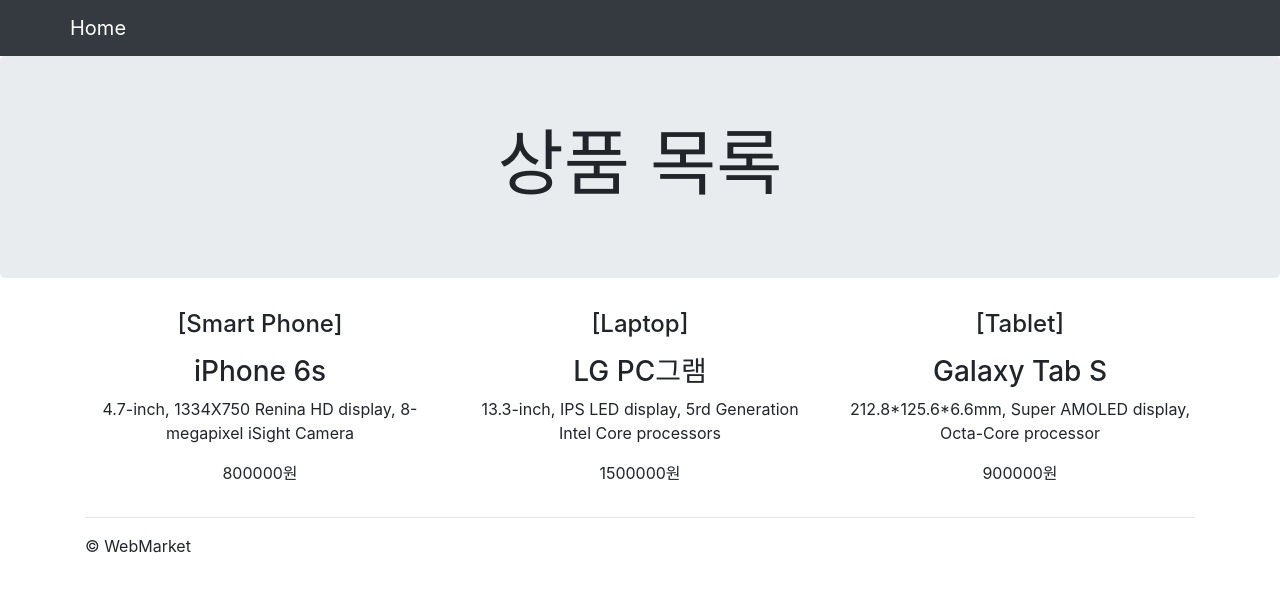
Repository: freedomseok8047/jsp
Page: http://localhost/WebMarket/products.jsp
These files come from the project's save history. The page is drawn as it stood at one moment and after the next save; the edit follows.
The browser window is 1280 px wide. The pictures show the whole page.
The page is served by Tomcat 9.

Above is the page before, as saved 2023-08-24 02:36:23.

After the next save:
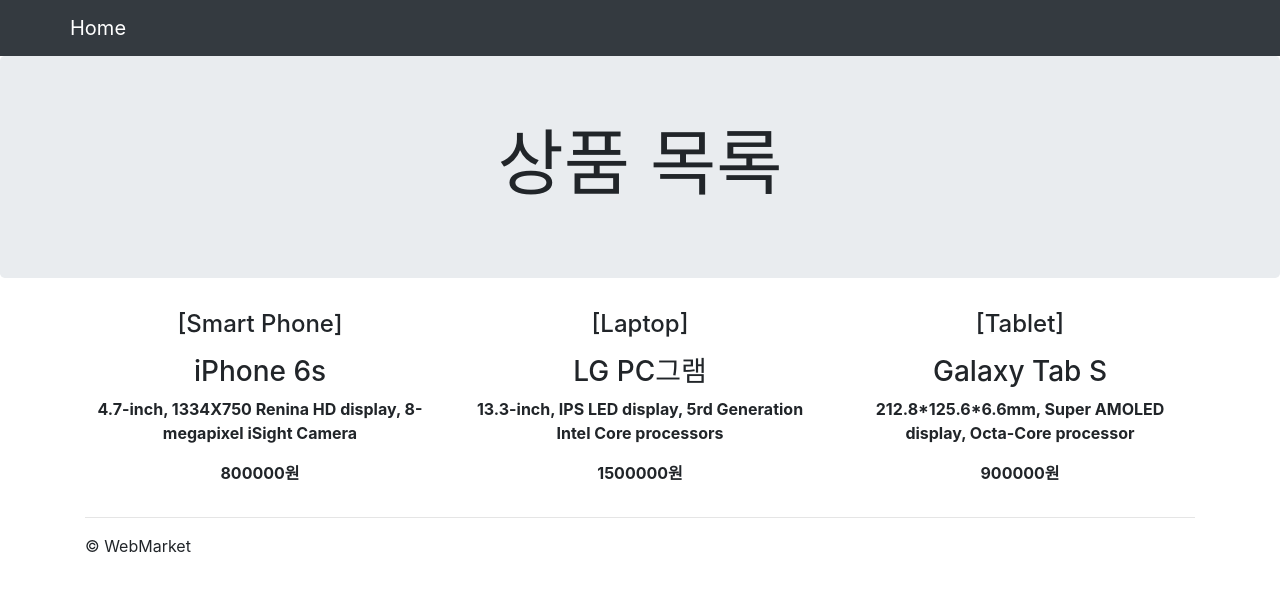
Saved 47 s later.
--- a/WebMarket/src/main/webapp/products.jsp
+++ b/WebMarket/src/main/webapp/products.jsp
@@ -29,7 +29,7 @@
 			for (int i = 0; i < listOfProducts.size(); i++) {
 				Product product = listOfProducts.get(i);
 			%>
-			<div class="col-md-4 bold">
+			<div class="col-md-4 font-weight-bold">
 				<h4>[<%=product.getCategory()%>]</h4>
 				<p>
 				<h3><%=product.getPname()%></h3>
